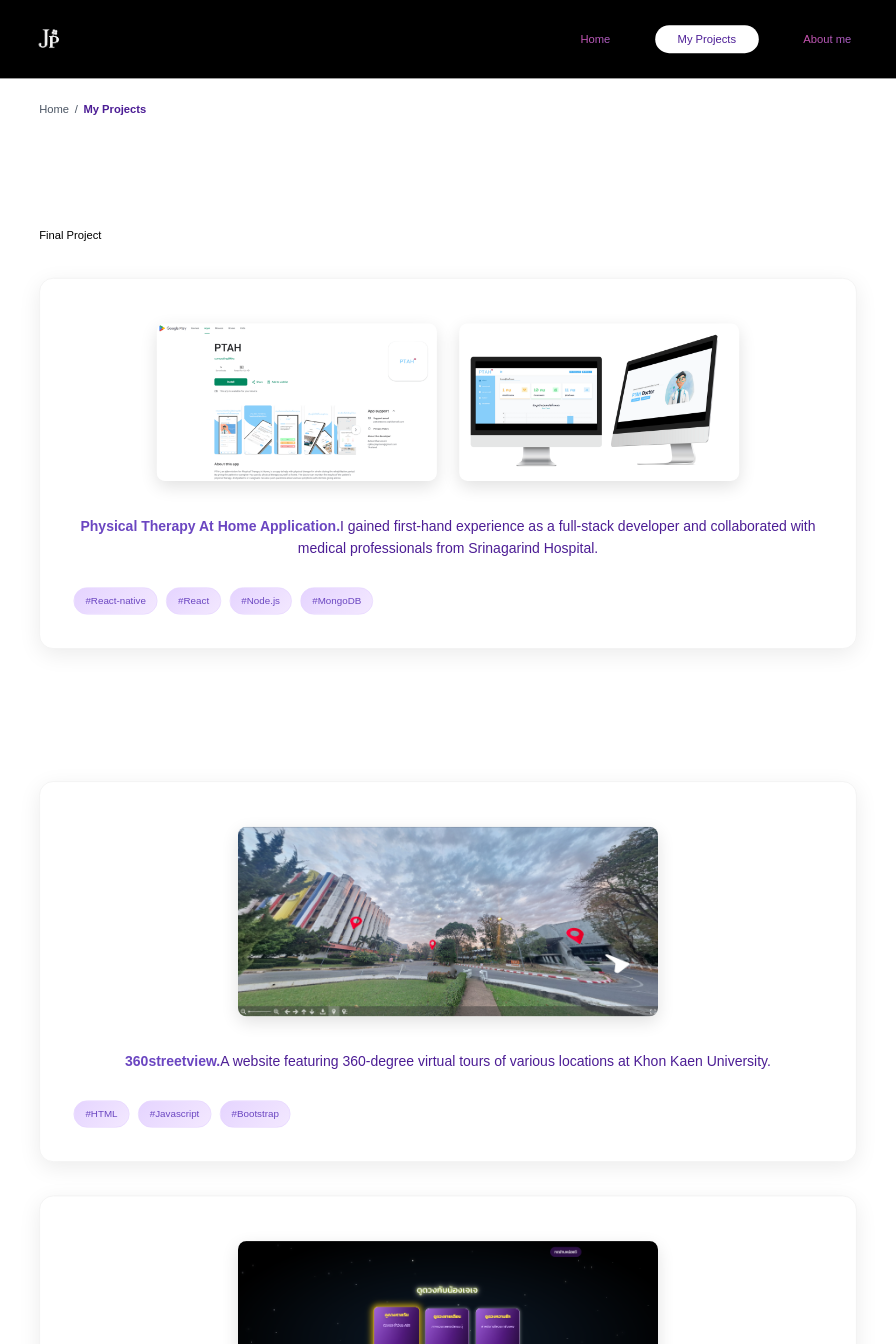
Repository: PattarasayaJJ/Portfolio-jjpatts
Page: /works
These files come from the project's save history. The page is drawn as it stood at one moment and after the next save; the edit follows.
The browser window is 1280 px wide. The pictures show the part of the page from y = 0 to 1920 px (the page is 5209 px tall before and 5137 px after), at 70% of full size.
The project was rebuilt for these pictures with package versions that can differ from the ones it lists, and the page was loaded fresh each time. Also part of the build but not shown: vite.config.js, vite.config.ts, src/header.css, src/components/Hero.jsx, src/components/Aboutme.jsx.

Above is the page before, as saved 2025-08-03 16:45:02.

After the next save:
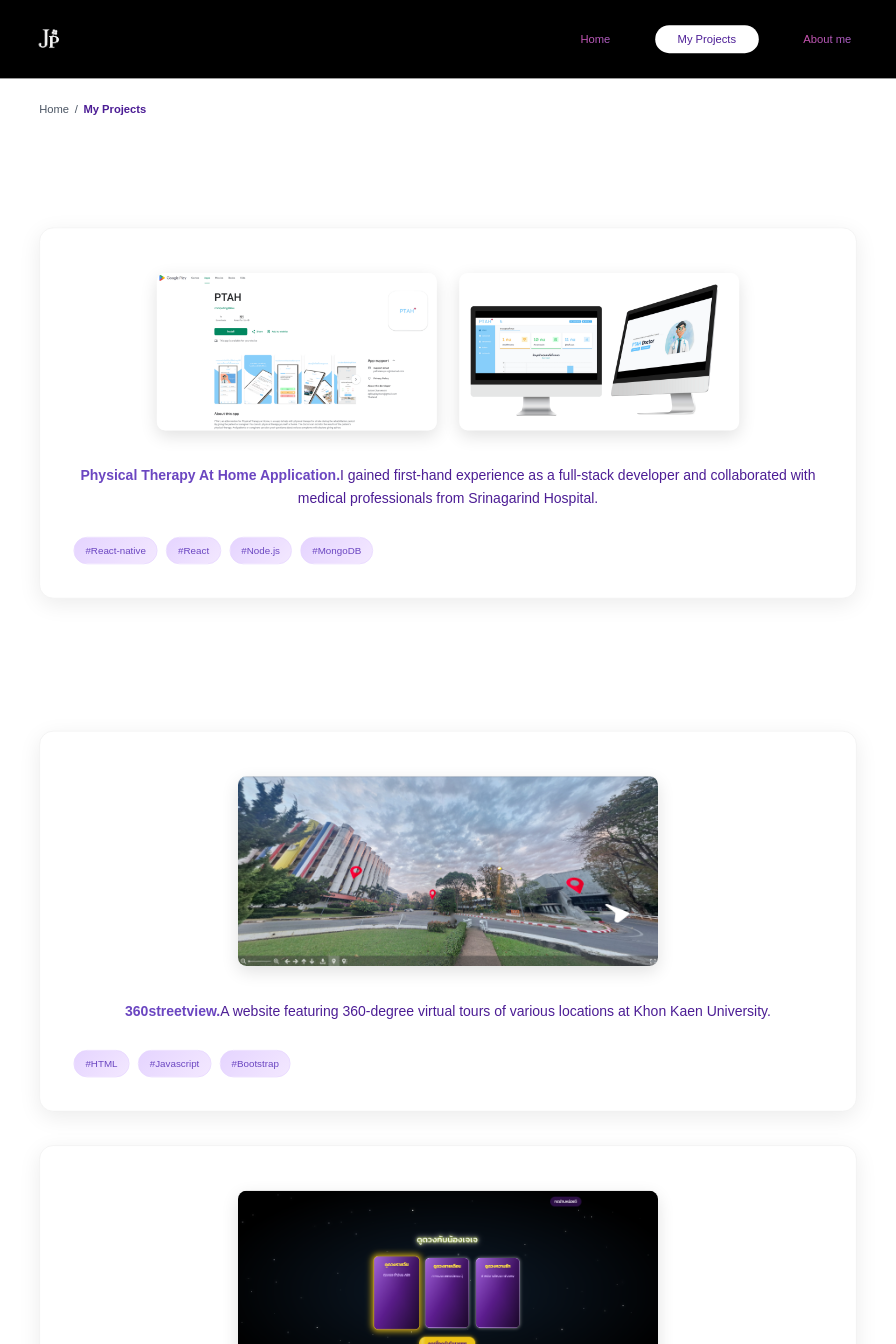
Saved 7 s later.
--- a/src/components/Works.jsx
+++ b/src/components/Works.jsx
@@ -53,7 +53,6 @@ export function Works() {
           </h2>
         </div>
 
-        <div>Final Project</div>
 
         {/* PTAH Project */}
         <div className="project-card">
